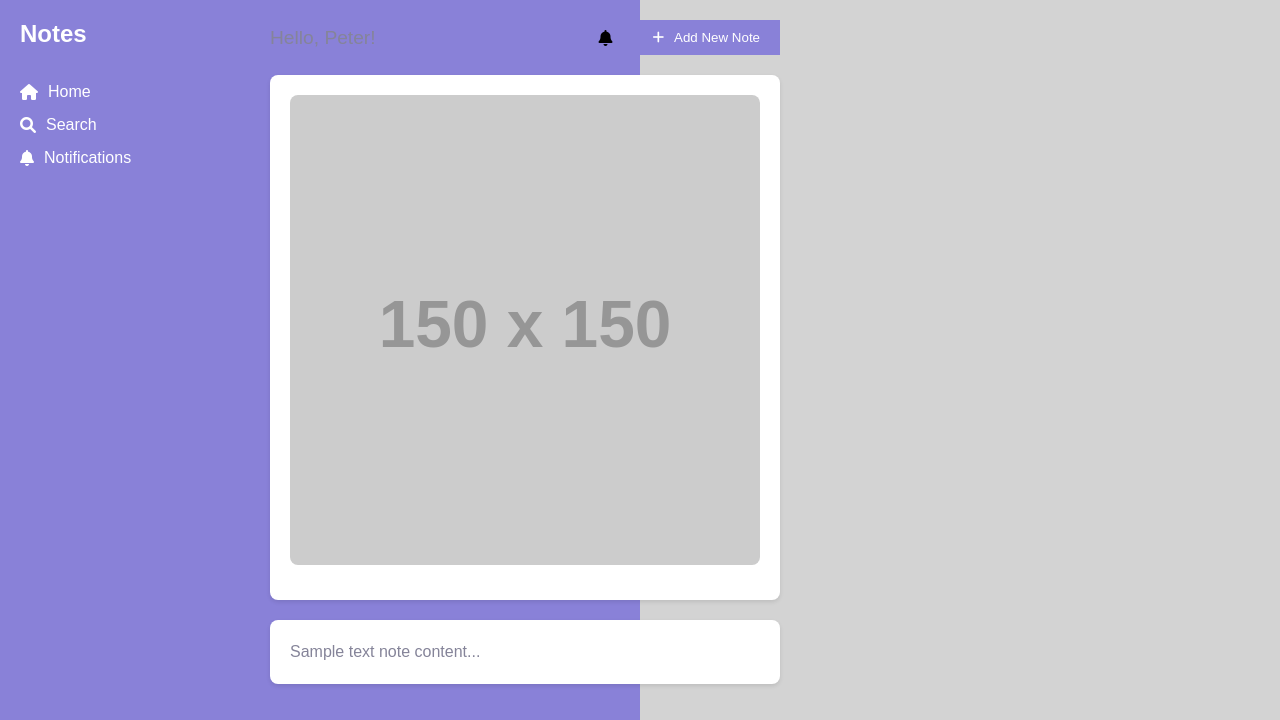
Repository: SatenikGabrielyan/HTML_CSS-_Assignment
Page: index.html
An editor plug-in stored every save of this project. The page is shown before and after the next save, followed by the edit.
The browser window is 1280 px wide. The pictures show the whole page.
An inner scrolling area shows only its first screen.

Above is the page before, as saved 2025-03-17 00:32:20.

### index.html
<!DOCTYPE html>
<html lang="en">
  <head>
    <meta charset="UTF-8" />
    <meta name="viewport" content="width=device-width, initial-scale=1.0" />
    <title>Notes App</title>
    <link rel="stylesheet" href="./style.css" />
    <!-- Include Font Awesome for icons -->
    <link href="https://cdnjs.cloudflare.com/ajax/libs/font-awesome/6.0.0-beta3/css/all.min.css" rel="stylesheet"/>
  </head>
  <body>

      <div class="cont">
          <div class="purp"></div>
          <div class="whit"></div>
      </div>
    <div class="container">

      <nav class="sidebar">
        <div class="sidebar-header">
          <h2>Notes</h2>
        </div>
        <ul class="sidebar-list">
          <li><i class="fas fa-home"></i> Home</li>
          <li><i class="fas fa-search"></i> Search</li>
          <li><i class="fas fa-bell"></i> Notifications</li>
        </ul>
      </nav>

      <main class="main-content">
        <header>
          <div class="header-left">
            <p>Hello, Peter!</p>
          </div>
          <div class="header-right">
            <i class="fas fa-bell"></i>
            <button class="add-note-btn">
              <i class="fas fa-plus"></i> Add New Note
            </button>
          </div>
        </header>
        <section class="notes-grid">

          <div class="note-item image-note">
            <img src="https://via.placeholder.com/150" alt="Note Image" />
          </div>

          <div class="note-item text-note">
            <p>Sample text note content...</p>
          </div>

          <div class="note-item mixed-note">
            <img src="https://via.placeholder.com/150" alt="Note Image" />
            <p>Sample mixed note content...</p>
          </div>
        </section>
      </main>
    </div>

  </body>
</html>

### style.css
/* CSS Variables for Colors */
:root {
    --bg-color: #fbfbfb;
    --primary-color: #8981d8;
    --secondary-color: #d0d0d0;
    --text-color: #858499;
    --highlight-color: #7f77cc;
    --hover-color: rgba(137, 129, 216, 0.5);
  }

  /* General Reset */
  * {
    margin: 0;
    padding: 0;
    box-sizing: border-box;
  }

  body {
    font-family: Arial, sans-serif;
    background-color: var(--bg-color);
    display: flex;
    height: 100vh;
  }
  .wrapper{
    position: relative;
  }
  .cont{
      display: flex;
      width: 100%;
      position: relative;
      z-index: -1;
      border-radius: 10px;
  }
.purp {
    width: 50%;
    background-color: var(--primary-color);
    flex-direction: row;
}
.whit {
    width: 50%;
    background-color: lightgray;
    flex-direction: row;
}
  .container {
    display: flex;
    width: 800px;
    height: 700px;
    /* padding: 100px; */
    box-shadow: 10px lightgray;

    background: center;
    position: absolute;
    z-index: 2;
    border-radius: 30px;
  }

  /* Sidebar Styling */
  .sidebar {
    width: 250px;
    background-color: var(--primary-color);
    color: #fff;
    display: flex;
    flex-direction: column;
    padding: 20px;
  }

  .sidebar-header h2 {
    margin-bottom: 20px;
  }

  .sidebar-list {
    list-style: none;
  }

  .sidebar-list li {
    margin: 15px 0;
    display: flex;
    align-items: center;
    cursor: pointer;
  }

  .sidebar-list li i {
    margin-right: 10px;
  }

  /* Main Content Styling */
  .main-content {
    flex-grow: 1;
    padding: 20px;
    overflow-y: auto;
  }

  header {
    display: flex;
    justify-content: space-between;
    align-items: center;
    margin-bottom: 20px;
  }

  .header-left p {
    font-size: 1.2em;
    color: var(--text-color);
  }

  .header-right {
    display: flex;
    align-items: center;
  }

  .header-right i {
    margin-right: 20px;
    cursor: pointer;
  }

  .add-note-btn {
    background-color: var(--primary-color);
    color: #fff;
    border: none;
    padding: 10px 20px;
    cursor: pointer;
    display: flex;
    align-items: center;
  }

  .add-note-btn i {
    margin-right: 10px;
  }

  /* Notes Grid Styling */
  .notes-grid {
    display: grid;
    grid-template-columns: repeat(auto-fill, minmax(300px, 1fr));
    gap: 20px;
  }

  .note-item {
    background-color: #fff;
    border-radius: 8px;
    box-shadow: 0 2px 4px rgba(0, 0, 0, 0.1);
    overflow: hidden;
    display: flex;
    flex-direction: column;
    padding: 20px;
  }

  .note-item img {
    width: 100%;
    height: auto;
    border-radius: 8px;
    margin-bottom: 15px;
  }

  .note-item p {
    color: var(--text-color);
    font-size: 1em;
    line-height: 1.5;
  }

  /* Hover Effect for Filter Buttons */
  .sidebar-list li:hover {
    background-color: var(--highlight-color);
    transition: background-color 0.3s ease;
  }

  /* Mobile Responsiveness */
  @media (max-width: 768px) {
    .container {
      flex-direction: column;
    }

    .sidebar {
      width: 100%;
      flex-direction: row;
      justify-content: space-around;
      padding: 10px;
    }

    .sidebar-list {
      display: flex;
      flex-direction: row;
      gap: 15px;
    }

    .sidebar-list li {
      margin: 0;
    }

    .main-content {
      padding: 10px;
    }

    header {
      flex-direction: column;
      align-items: flex-start;
    }

    .header-right {
      margin-top: 10px;
    }

    .notes-grid {
      grid-template-columns: 1fr;
    }

    .note-item {
      padding: 10px;
    }

    .note-item img {
      margin-bottom: 10px;
    }
  }

After the next save:
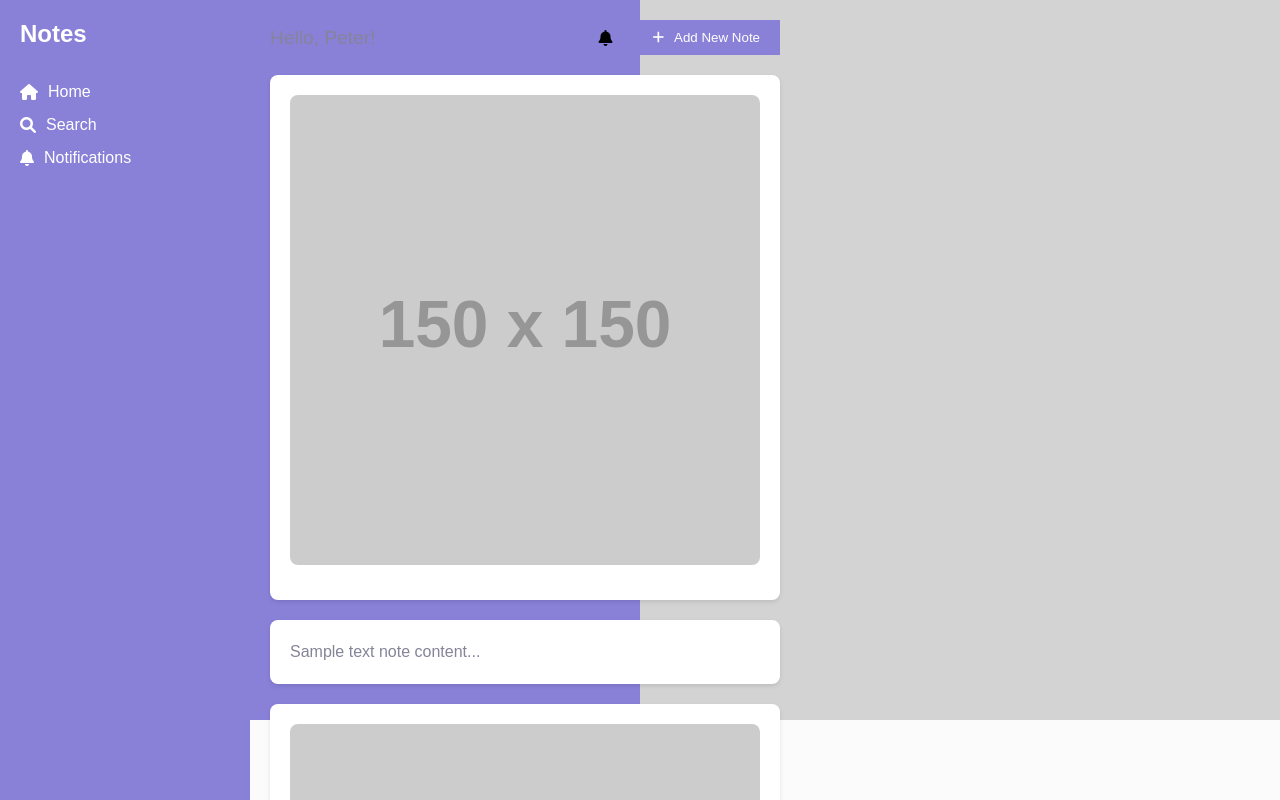
Saved 60 s later.
--- a/style.css
+++ b/style.css
@@ -44,7 +44,7 @@
   .container {
     display: flex;
     width: 800px;
-    height: 700px;
+    height: 800px;
     /* padding: 100px; */
     box-shadow: 10px lightgray;
 
